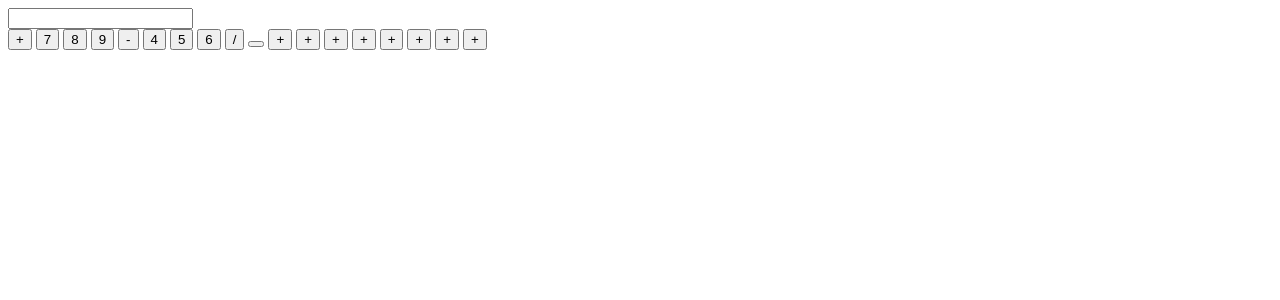
Repository: rkrukshan/JS-Calculator
Page: index.html
These files come from the project's save history. The page is drawn as it stood at one moment and after the next save; the edit follows.
The browser window is 1280 px wide. The pictures show the whole page.

Above is the page before, as saved 2024-09-02 13:16:53.

### index.html
<!DOCTYPE html>
<html lang="en">

<head>
    <meta charset="UTF-8">
    <meta name="viewport" content="width=device-width, initial-scale=1.0">
    <title>Document</title>
</head>

<body>
    <div id="calculator">
        <input id="screen" readonly>
        <div class="buttons">
<button onclick="appendScreen('+')">+</button>
<button onclick="appendScreen('7')">7</button>
<button onclick="appendScreen('8')">8</button>
<button onclick="appendScreen('9')">9</button>
<button onclick="appendScreen('-')">-</button>
<button onclick="appendScreen('4')">4</button>
<button onclick="appendScreen('5')">5</button>
<button onclick="appendScreen('6')">6</button>
<button onclick="appendScreen('/')">/</button>
<button onclick="appendScreen('')"></button>
<button onclick="appendScreen('+')">+</button>
<button onclick="appendScreen('+')">+</button>
<button onclick="appendScreen('+')">+</button>
<button onclick="appendScreen('+')">+</button>
<button onclick="appendScreen('+')">+</button>
<button onclick="appendScreen('+')">+</button>
<button onclick="appendScreen('+')">+</button>
<button onclick="appendScreen('+')">+</button>
        </div>
    </div>
</body>

</html>

After the next save:
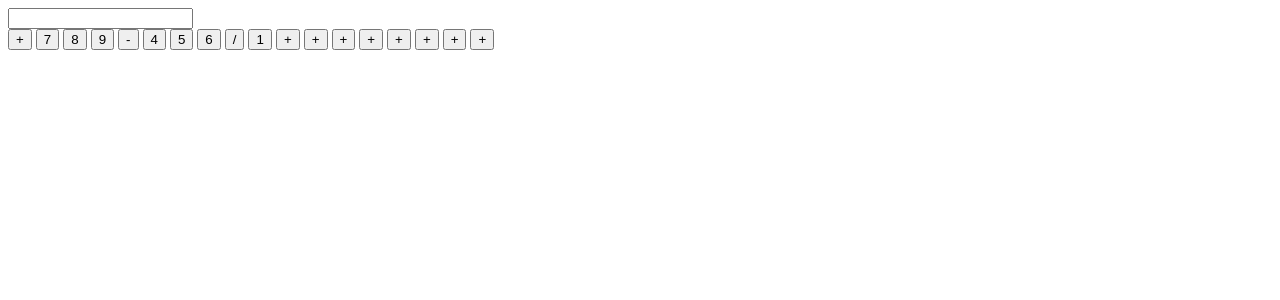
Saved 8 s later.
--- a/index.html
+++ b/index.html
@@ -20,7 +20,7 @@
 <button onclick="appendScreen('5')">5</button>
 <button onclick="appendScreen('6')">6</button>
 <button onclick="appendScreen('/')">/</button>
-<button onclick="appendScreen('')"></button>
+<button onclick="appendScreen('1')">1</button>
 <button onclick="appendScreen('+')">+</button>
 <button onclick="appendScreen('+')">+</button>
 <button onclick="appendScreen('+')">+</button>
